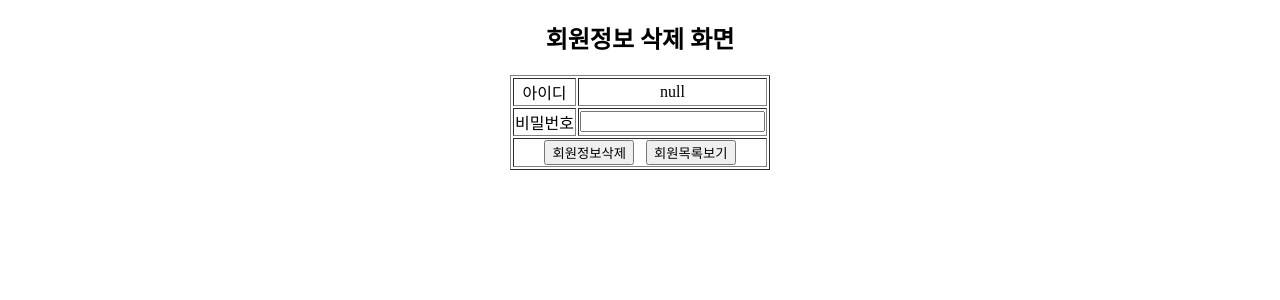
Repository: Served01/Project2_2209
Page: http://localhost/bookReviewProgram/mbDeleteform.jsp
The author's editor kept a copy of each file at every save. The page is drawn from the files as they stood at one save, then again after the next save.
The browser window is 1280 px wide. The pictures show the whole page.
The page is served by Tomcat 9.

Above is the page before, as saved 2022-09-27 23:48:35.

After the next save:
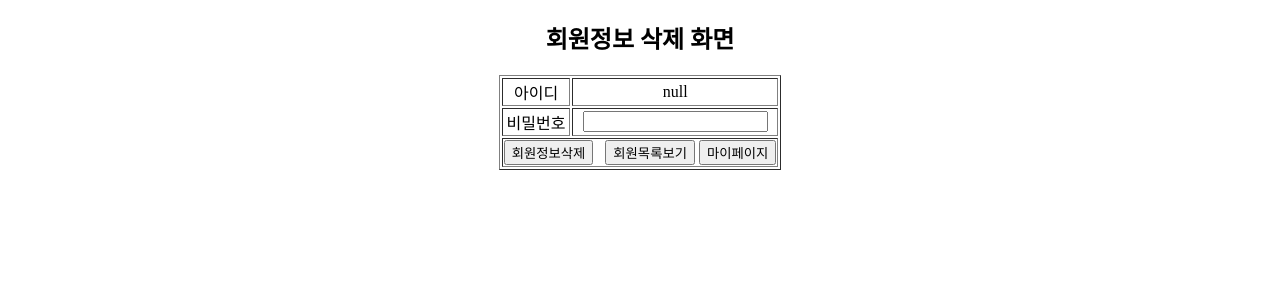
Saved 114 s later.
--- a/bookReviewProgram/src/main/webapp/mbDeleteform.jsp
+++ b/bookReviewProgram/src/main/webapp/mbDeleteform.jsp
@@ -28,6 +28,7 @@
 				<input type="hidden" name="mb_id" value="<%=request.getParameter("mb_id") %>">
 				<input type="submit" value="회원정보삭제">&nbsp;&nbsp;
 				<input type="button" value="회원목록보기" onclick="location.href='mbList.jsp'"/>
+				<input type="button" value="마이페이지" onclick="location.href='mainSession.jsp?center=mbSelectPro.jsp&mb_id=<%=request.getParameter("mb_id") %>'" />
 			</td>
 		</tr>
 	</table>
